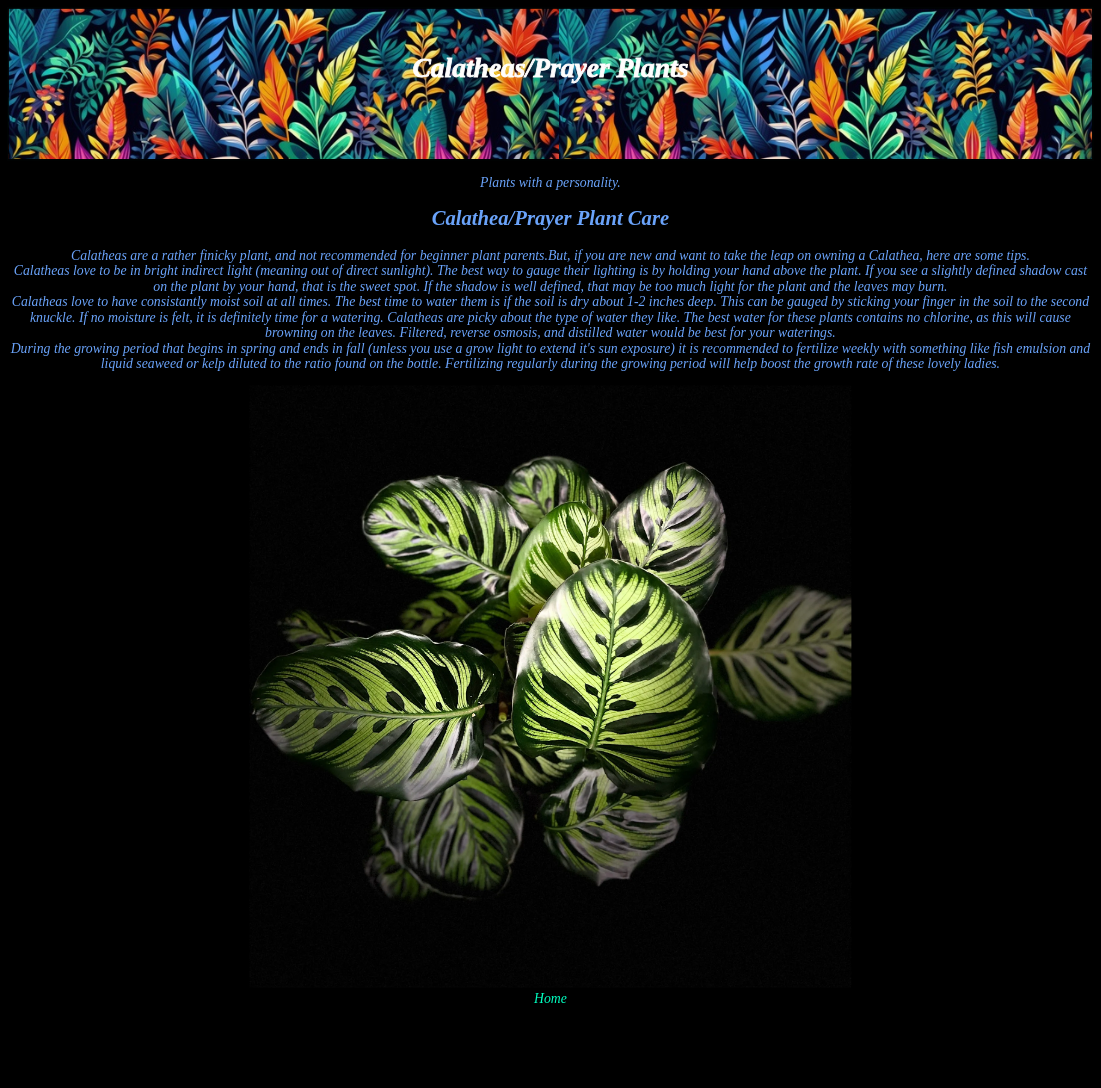
Repository: swillis91/odin-recipies
Page: Planty Page/calatheas.html
An editor plug-in stored every save of this project. The page is shown before and after the next save, followed by the edit.
The browser window is 1280 px wide. The pictures show the whole page, at 86% of full size.

Above is the page before, as saved 2023-08-11 23:21:54.

After the next save:
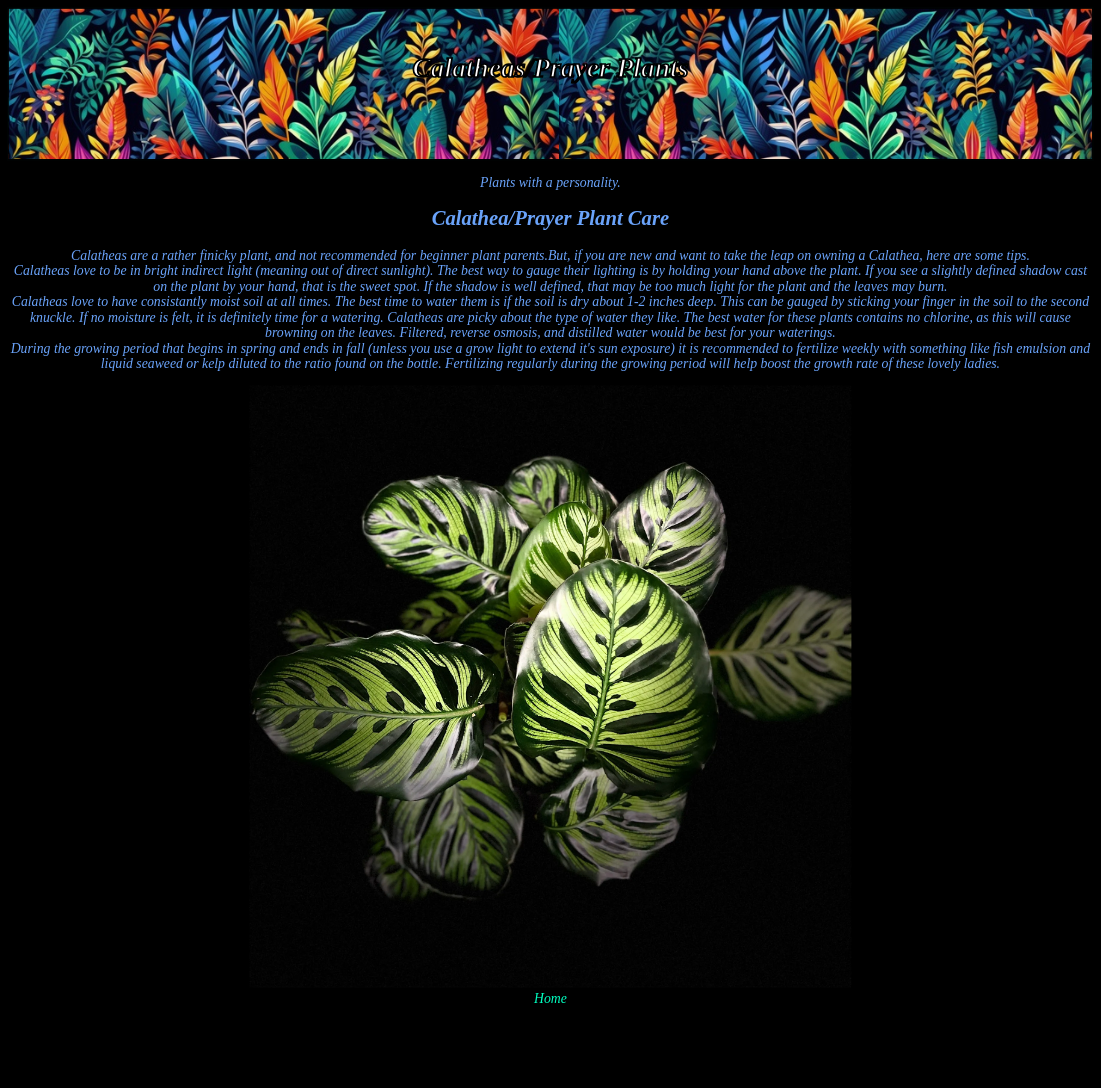
Saved 2 min 13 s later.
--- a/Planty Page/style.css
+++ b/Planty Page/style.css
@@ -7,10 +7,11 @@ body{
 }
 
 .heading{
-    color: rgb(255, 255, 255);
+    color: rgb(0, 0, 0);
     -webkit-text-fill-color: rgb(255, 253, 253);
-    -webkit-text-stroke-width: .03em;
+    -webkit-text-stroke-width: 2px;
     -webkit-text-strole-color: rgb(0, 0, 0);
+    text-transform: capitalize;
     border: 2px solid rgb(0, 3, 3);
     background-image: url('Images/banner.jpg');
     height: 75px;
